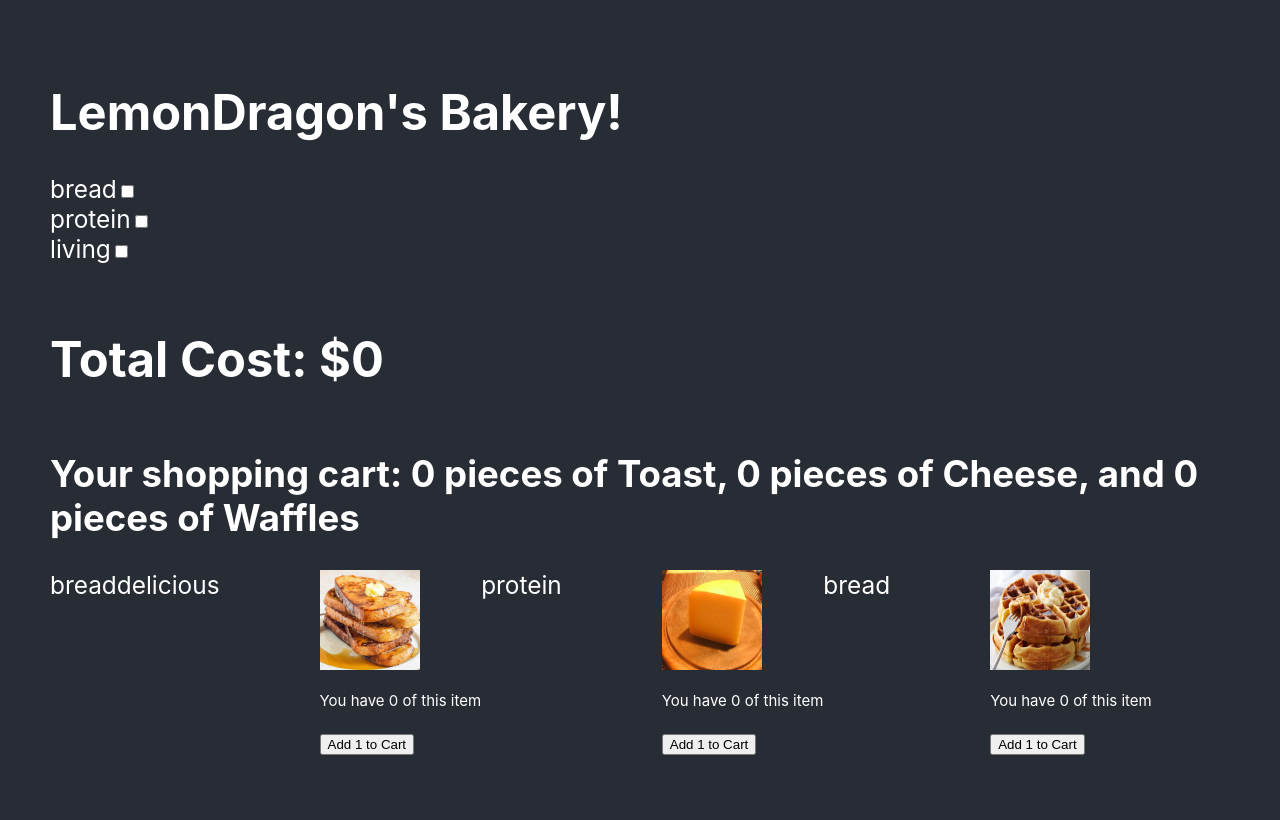
Repository: happydragon200/development
Page: /
These files come from the project's save history. The page is drawn as it stood at one moment and after the next save; the edit follows.
The browser window is 1280 px wide. The pictures show the whole page.
The project was rebuilt for these pictures with package versions that can differ from the ones it lists, and the page was loaded fresh each time.

Above is the page before, as saved 2022-12-02 03:07:46.

### src/App.js
import React, { useState } from 'react'
import baguette from './images/baguette.jpg'
import toast from './images/toast.png'
import cheese from './images/cheese.jpg'
import waffle from './images/waffle.jpg'
import Container from 'react-bootstrap/Container'
import Nav from 'react-bootstrap/Nav'
import Navbar from 'react-bootstrap/Navbar'
import NavDropdown from 'react-bootstrap/NavDropdown'
import './App.css'

function App() {
  return (
    <div>
      <div className="App">
        <header className="App-header">
          <h1>LemonDragon's Bakery!</h1>
          <Menu />
        </header>
      </div>
    </div>
  )
}

function FilterBar(props) {
  const { selected, changeSelected } = props

  const breadButton = FilterButton(selected, changeSelected, 'bread')
  const proteinButton = FilterButton(selected, changeSelected, 'protein')
  const livingButton = FilterButton(selected, changeSelected, 'living')

  const buttons = [breadButton, proteinButton, livingButton]

  return (
    <div>
      {buttons}
      <h1>{selected}</h1>
    </div>
  )
}

function FilterButton(selected, changeSelected, tag) {
  // const { selected, changeSelected, tag } = props

  const clickChange = () => {
    if (selected.includes(tag)) {
      // const new_selected = selected.remove(tag)

      var new_selected = selected.filter(function (value, index, arr) {
        return value !== tag
      })
      changeSelected(new_selected)
    } else {
      const new_selected = [...selected]
      new_selected.push(tag)
      changeSelected(new_selected)
    }
  }

  const man = true

  return (
    <div>
      {tag}
      <input
        type="checkbox"
        id="topping"
        name="topping"
        value="Paneer"
        // checked={man}
        onChange={clickChange}
      />
    </div>
  )
}

function Menu() {
  const [selected, changeSelected] = useState([])

  const [toast_count, toast_setcount] = useState(0)
  const [cheese_count, cheese_setcount] = useState(0)
  const [waffle_count, waffle_setcount] = useState(0)

  const toast_price = 5
  const cheese_price = 10
  const waffle_price = 100

  // const [type, setType] = useState('ALL')

  // var foods = [
  //   {
  //     name: 'toast',
  //     type: 'bread',
  //     price: 5,
  //     img: { toast },
  //     count: { toast_count },
  //   },
  //   {
  //     name: 'cheese',
  //     type: 'protein',
  //     price: 10,
  //     img: { cheese },
  //     count: { cheese_count },
  //   },
  //   {
  //     name: 'waffle',
  //     type: 'bread',
  //     price: 100,
  //     img: { waffle },
  //     count: { waffle_count },
  //   },
  // ]

  // foods.filter(function (value, index, arr) {
  //   return value
  // })

  const toast_comp = [['bread', 'delicious'], BakeryItem(toast, toast_count, toast_setcount)]
  const cheese_comp = [
    ['protein'],
    BakeryItem(cheese, cheese_count, cheese_setcount),
  ]
  const waffle_comp = [
    ['bread'],
    BakeryItem(waffle, waffle_count, waffle_setcount),
  ]

  var final_list = [toast_comp, cheese_comp, waffle_comp]

  if (selected.length > 0) {
    console.log('hi')
    console.log(final_list)
    console.log(selected)

    final_list = final_list.filter(function (food) {
      for (let i = 0; i < selected.length; i++) {
        const option = selected[i]

        if (!food[0].includes(option)) {
          console.log('false')
          return false
        }
      }
      console.log('true')
      return true
    })
  }

  console.log(final_list)
  console.log('hm')

  return (
    <>
      <FilterBar selected={selected} changeSelected={changeSelected} />
      <h1>
        Total Cost: $
        {toast_count * toast_price +
          cheese_count * cheese_price +
          waffle_count * waffle_price}
      </h1>
      <h2>
        Your shopping cart: {toast_count} pieces of Toast, {cheese_count} pieces
        of Cheese, and {waffle_count} pieces of Waffles
      </h2>

      <div className="flex-parent">{final_list}</div>
    </>
  )
}

function BakeryItem(img, count, setCount) {
  // const { img, count, setCount } = prop

  return (
    <div className="pad">
      <img src={img} className="Item-small" />
      <p className="smull">You have {count} of this item</p>
      <button onClick={() => setCount(count + 1)}>Add 1 to Cart</button>

      {count > 0 && (
        <button onClick={() => setCount(count - 1)}>Remove 1 from Cart</button>
      )}
    </div>
  )
}

export default App

### src/App.css
.App {
  /* text-align: center; */
}

.App-logo {
  height: 40vmin;
  pointer-events: none;
}

@media (prefers-reduced-motion: no-preference) {
  .App-logo {
    animation: App-logo-spin infinite 20s linear;
  }
}

.App-header {
  background-color: #282c34;
  min-height: 100vh;
  display: flex;
  flex-direction: column;
  align-items: flex-start;
  justify-content: flex-start;
  font-size: calc(10px + 2vmin);
  padding: 50px 50px 50px 50px;
  color: white;
}

.App-link {
  color: #61dafb;
}

.Item-small {
  height: 100px;
  width: 100px;
}

.inline {
  justify-content: space-around;
}

.pad {
  padding: 0px 0px 0px 100px;
}

.flex-parent {
  display: flex;
  justify-content: space-around;

}

.smull {
  font-size: 15px;
}

@keyframes App-logo-spin {
  from {
    transform: rotate(0deg);
  }
  to {
    transform: rotate(360deg);
  }
}

Loaded but not shown: public/index.html (common file); src/index.js (common file); src/index.css (common file)

After the next save:
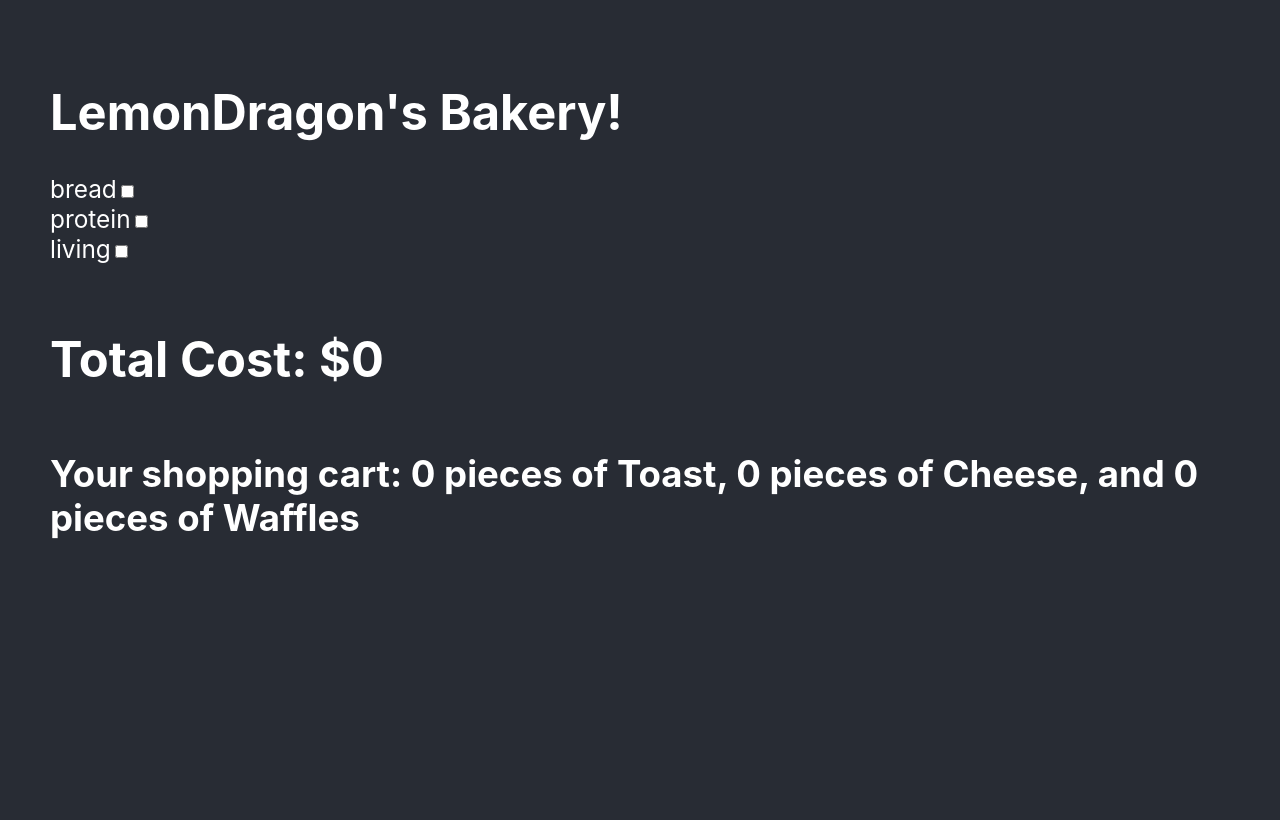
Saved 2 min 47 s later.
--- a/src/App.js
+++ b/src/App.js
@@ -146,6 +146,8 @@ function Menu() {
     })
   }
 
+  final_list = final_list.map(item => item[-1])
+
   console.log(final_list)
   console.log('hm')
 
